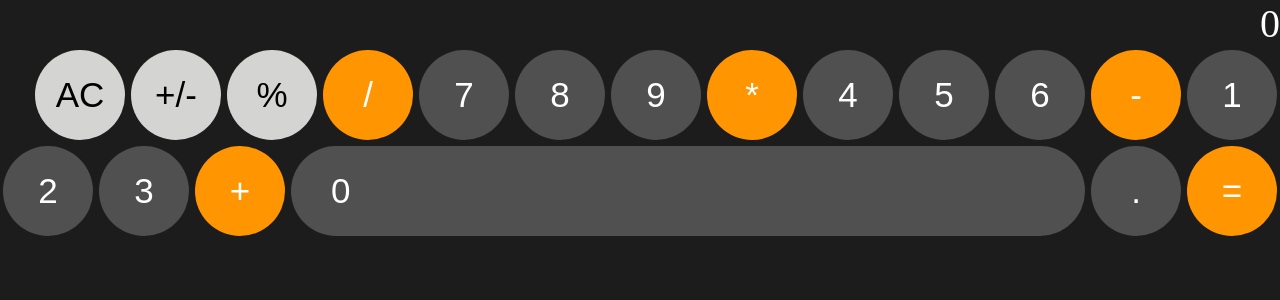
Repository: Sukhvir-Grewal/Calculator
Page: index.html
These files come from the project's save history. The page is drawn as it stood at one moment and after the next save; the edit follows.
The browser window is 1280 px wide. The pictures show the whole page.

Above is the page before, as saved 2023-12-07 12:56:25.

### index.html
<!DOCTYPE html>
<html lang="en">
    <head>
        <meta charset="UTF-8" />
        <meta http-equiv="X-UA-Compatible" content="IE=edge" />
        <meta name="viewport" content="width=device-width, initial-scale=1.0" />
        <title>Document</title>
        <link rel="stylesheet" href="index.css" />
    </head>
    <body>
      <div class="container">
          <div class="result">0</div>
            <button class="clear commands">AC</button>
            <button class="positiveOrNegative commands">+/-</button>
            <button class="persentage commands" value="%">%</button>
            <button class="divide operator" value="/">/</button>

            <button class="operands" value="7">7</button>
            <button class="operands" value="8">8</button>
            <button class="operands" value="9">9</button>
            <button class="Multiply operator" value="*">*</button>

            <button class="operands" value="4">4</button>
            <button class="operands" value="5">5</button>
            <button class="sex operands" value="6">6</button>
            <button class="Minus operator" value="-">-</button>

            <button class="operands" value="1">1</button>
            <button class="operands" value="2">2</button>
            <button class="operands" value="3">3</button>
            <button class="plus operator" value="+">+</button>

            <button class="Zero operands" value="0">0</button>
            <button class="dot operands" value="">.</button>
            <button class="equal operator">=</button>
        </div>
        <script src="index.js"></script>
    </body>
</html>

### index.css
* {
    margin: 0;
    padding: 0;
}
html,
body {
    background-color: #1c1c1c;
    /* width: 100vw;
  height: 100vh; */
}

.blackBox {
    width: 100px;
    height: 230px;
    background-color: #1c1c1c;
}

.container {
    display: flex;
    flex-wrap: wrap;
    place-content: end;
}
button {
    width: 90px;
    height: 90px;
    border-radius: 50%;
    font-size: 35px;
    margin: 3px;
    border: none;
}
.Zero {
    border-radius: 50px;
    flex-grow: 2;
    text-align: left;
    padding: 0 40px;
}
.operator {
    background-color: #ff9500;
    color: white;
}
.commands {
    background-color: #d4d4d2;
}
.operands {
    background-color: #505050;
    color: white;
}
.result {
    width: 100vw;
    border: 10px;
    color: white;
    display: flex;
    justify-content: flex-end;
    align-items: flex-end;
    font-size: 40px;
}

.get_number{
    margin: 20px;
}

### index.js
let firstValue = "";
let secondValue = "";
let currentOperator = "";
let readingFirstValue = true;
var operands_count = 0;

let numbers = document.querySelectorAll(".operands");
let operator_ = document.querySelectorAll(".operator");
let result = document.querySelector(".result");
let clear = document.querySelector(".clear");
let equal = document.querySelector(".equal");
let PorN = document.querySelector(".positiveOrNegative");
let dot = document.querySelector(".dot");
let percentage = document.querySelector(".percentage");

clear.addEventListener("click", function (e) {
    toggleNumbersColor();
    toggleOperandsColor();
    clear.innerHTML = "AC";
    result.innerHTML = "0";
    firstValue = "";
    secondValue = "";
    currentOperator = "";
    readingFirstValue = true;
});

equal.onclick = function () {
    calculate();
};

for (var i = 0; i < numbers.length; i++) {
    var str = "";
    numbers[i].addEventListener("click", function (e) {
        toggleOperandsColor();
        var target_ = e.target.style;
        for (var j = 0; j < numbers.length; j++) {
            numbers[j].style.backgroundColor = "#505050";
        }
        target_.backgroundColor = "#868686";
        let value_ = e.target.getAttribute("value");
        if (readingFirstValue == true) {
            clear.innerHTML = "C";
            addFirstValue(value_);
            PorN.onclick = () => {
                isFirstPositive();
            };
            dot.onclick = function () {
                firstDotValue();
            };
            percentage.onclick = function () {
                firstValuePercentage();
            };
        } else {
            addSecondValue(value_);
            PorN.onclick = () => {
                isSecondPositive();
            };
            dot.onclick = function () {
                SecondDotValue();
            };
            percentage.onclick = function () {
                SecondValuePercentage();
            };
        }
    });
}
for (var i = 0; i < operator_.length; i++) {
    operator_[i].addEventListener("click", function (e) {
        toggleNumbersColor();
        var target_ = e.target.style;
        for (var j = 0; j < operator_.length; j++) {
            operator_[j].style.backgroundColor = "#ff9500";
            operator_[j].style.color = "white";
        }
        target_.backgroundColor = "white";
        target_.color = "#ff9500";
        if (firstValue != "") {
            let new_operator = e.target.getAttribute("value");
            currentOperator = new_operator;
            if (secondValue == "") readingFirstValue = false;
            if (operands_count > 0) {
                calculate();
                readingFirstValue = false;
            }
            operands_count++;
        }
    });
}

function addFirstValue(value_) {
    result.innerHTML = "";
    firstValue += value_;
    result.innerHTML = firstValue;
}

function addSecondValue(value_) {
    result.innerHTML = "";
    secondValue += value_;
    result.innerHTML = secondValue;
}

function calculate() {
    if (firstValue != "" && secondValue != "" && operator_ != "") {
        let ans;
        let firstVal = parseFloat(firstValue);
        let secondVal = parseFloat(secondValue);
        switch (currentOperator) {
            case "/":
                ans = firstVal / secondVal;
                break;
            case "*":
                ans = firstVal * secondVal;
                break;
            case "+":
                ans = firstVal + secondVal;
                break;
            case "-":
                ans = firstVal - secondVal;
                break;
        }
        result.innerHTML = ans;
        readingFirstValue = true;
        firstValue = ans;
        secondValue = "";
        currentOperator = "";
    }
}
function isFirstPositive() {
    var str = document.querySelector(".result");
    var change = parseFloat(str.innerHTML);
    if (change > 0) {
        str.innerHTML = "-" + str.innerHTML;
    } else if (str.innerHTML != "0") {
        str.innerHTML = str.innerHTML.slice(1);
    }
    firstValue = str.innerHTML;
}
function isSecondPositive() {
    var str = document.querySelector(".result");
    var change = parseFloat(str.innerHTML);
    if (change > 0) {
        str.innerHTML = "-" + str.innerHTML;
    } else if (str.innerHTML != "0") {
        str.innerHTML = str.innerHTML.slice(1);
    }
    secondValue = str.innerHTML;
}
function firstDotValue() {
    var hasDot = false;
    for (var i = 0; i < result.innerHTML.length; i++) {
        if (result.innerHTML[i] == ".") hasDot = true;
    }
    if (hasDot == false) {
        result.innerHTML = result.innerHTML + ".";
        firstValue = result.innerHTML;
    }
}
function SecondDotValue() {
    var hasDot = false;
    for (var i = 0; i < result.innerHTML.length; i++) {
        if (result.innerHTML[i] == ".") hasDot = true;
    }
    if (hasDot == false) {
        result.innerHTML = result.innerHTML + ".";
        secondValue = result.innerHTML;
    }
}
function firstValuePercentage() {
    toggleOperandsColor();
    toggleNumbersColor();
    var val = parseFloat(firstValue);
    val = val / 100;
    result.innerHTML = val;
    firstValue = val;
}
function SecondValuePercentage() {
    toggleOperandsColor();
    toggleNumbersColor();
    var val = parseFloat(firstValue);
    val = val / 100;
    result.innerHTML = val;
    secondValue = val;
}
function toggleOperandsColor() {
    for (var j = 0; j < operator_.length; j++) {
        operator_[j].style.backgroundColor = "#ff9500";
        operator_[j].style.color = "white";
    }
}
function toggleNumbersColor() {
    for (var j = 0; j < operator_.length; j++) {
        numbers[j].style.backgroundColor = "#505050";
    }
}

After the next save:
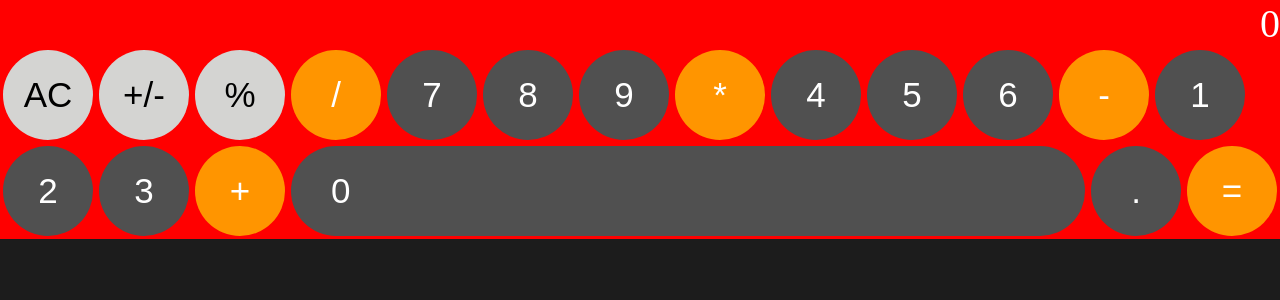
Saved 55 s later.
--- a/index.css
+++ b/index.css
@@ -18,7 +18,7 @@
 .container {
     display: flex;
     flex-wrap: wrap;
-    place-content: end;
+    background-color: red;
 }
 button {
     width: 90px;
